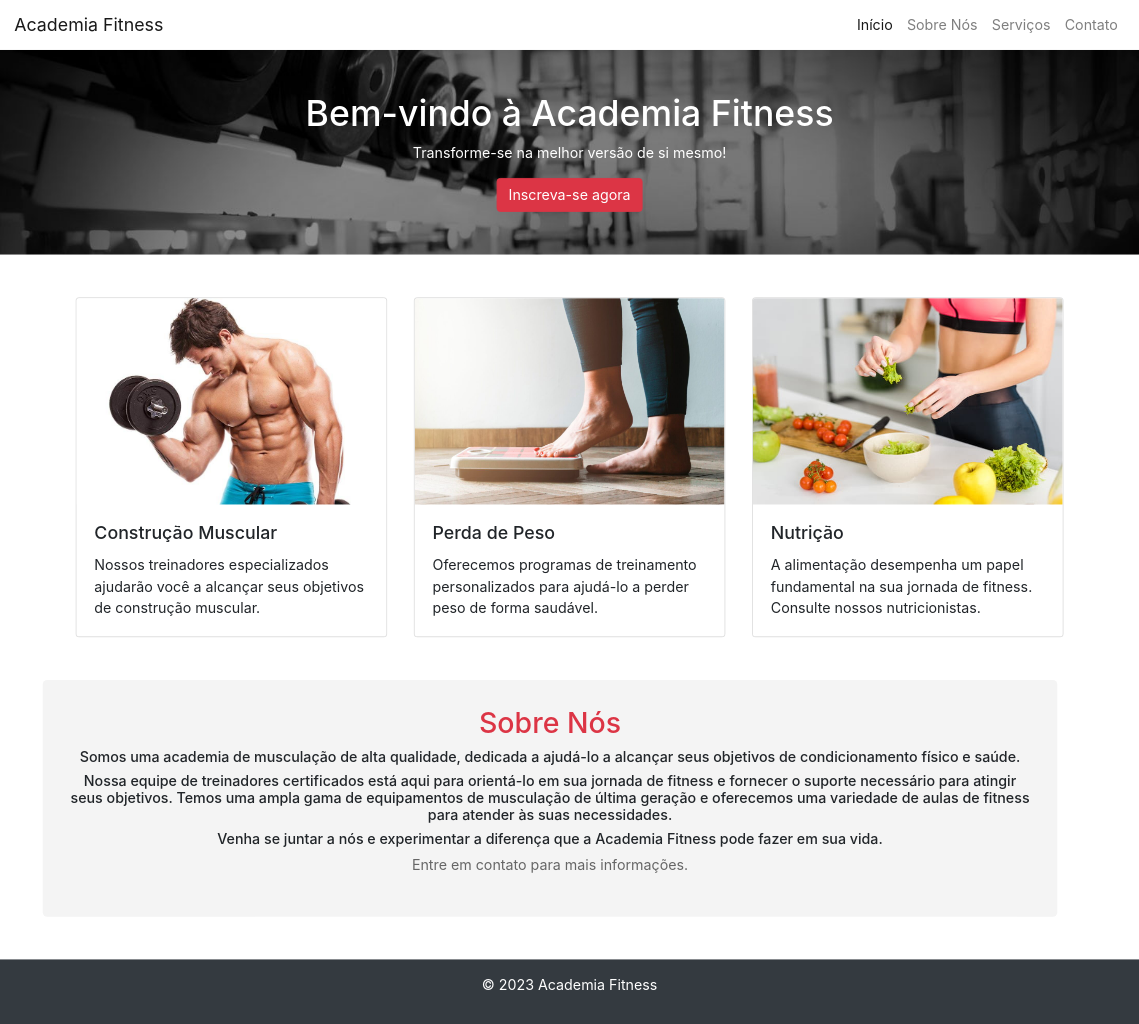
Repository: 01nethy/pratica14
Page: index.html
These files come from the project's save history. The page is drawn as it stood at one moment and after the next save; the edit follows.
The browser window is 1280 px wide. The pictures show the whole page, at 89% of full size.

Above is the page before, as saved 2023-09-08 00:21:39.

### index.html
<!DOCTYPE html>
<html lang="pt-BR">
<head>
    <meta charset="UTF-8">
    <meta name="viewport" content="width=device-width, initial-scale=1.0">
    <title>Academia de Musculação</title>
    <link rel="stylesheet" href="https://stackpath.bootstrapcdn.com/bootstrap/4.5.2/css/bootstrap.min.css">
    <link rel="stylesheet" href="style.css">
</head>
<body>

<!-- Barra de navegação -->
<nav class="navbar navbar-expand-lg navbar-light bg-white">
    <a class="navbar-brand" href="#">Academia Fitness</a>
    <button class="navbar-toggler" type="button" data-toggle="collapse" data-target="#navbarNav" aria-controls="navbarNav" aria-expanded="false" aria-label="Toggle navigation">
        <span class="navbar-toggler-icon"></span>
    </button>
    <div class="collapse navbar-collapse" id="navbarNav">
        <ul class="navbar-nav ml-auto">
            <li class="nav-item active">
                <a class="nav-link" href="#">Início</a>
            </li>
            <li class="nav-item">
                <a class="nav-link" href="#">Sobre Nós</a>
            </li>
            <li class="nav-item">
                <a class="nav-link" href="#">Serviços</a>
            </li>
            <li class="nav-item">
                <a class="nav-link" href="#">Contato</a>
            </li>
        </ul>
    </div>
</nav>

<!-- Cabeçalho -->
<header id="fundo" class="py-5 text-center">
    <h1>Bem-vindo à Academia Fitness</h1>
    <p>Transforme-se na melhor versão de si mesmo!</p>
    <a class="btn btn-danger" href="#">Inscreva-se agora</a>
</header>

<!-- Seção de Destaque -->
<section class="container my-5">
    <div class="row">
        <div class="col-md-4">
            <div class="card">
                <img src="massa.jpg" class="card-img-top" alt="Ganho de Massa">
                <div class="card-body">
                    <h5 class="card-title">Construção Muscular</h5>
                    <p class="card-text">Nossos treinadores especializados ajudarão você a alcançar seus objetivos de construção muscular.</p>
                </div>
            </div>
        </div>
        <div class="col-md-4">
            <div class="card">
                <img src="peso.jpeg" class="card-img-top" alt="Perda de Peso">
                <div class="card-body">
                    <h5 class="card-title">Perda de Peso</h5>
                    <p class="card-text">Oferecemos programas de treinamento personalizados para ajudá-lo a perder peso de forma saudável.</p>
                </div>
            </div>
        </div>
        <div class="col-md-4">
            <div class="card">
                <img src="nutricao.jpg" class="card-img-top" alt="Nutrição">
                <div class="card-body">
                    <h5 class="card-title">Nutrição</h5>
                    <p class="card-text">A alimentação desempenha um papel fundamental na sua jornada de fitness. Consulte nossos nutricionistas.</p>
                </div>
            </div>
        </div>
    </div>
</section>

<div class="container m-5 info">
    <h2 class="text-danger">Sobre Nós</h2>
    <h6>Somos uma academia de musculação de alta qualidade, dedicada a ajudá-lo a alcançar seus objetivos de condicionamento físico e saúde.</h6>
    <h6>Nossa equipe de treinadores certificados está aqui para orientá-lo em sua jornada de fitness e fornecer o suporte necessário para atingir seus objetivos. Temos uma ampla gama de equipamentos de musculação de última geração e oferecemos uma variedade de aulas de fitness para atender às suas necessidades.</h6>
    <h6>Venha se juntar a nós e experimentar a diferença que a Academia Fitness pode fazer em sua vida.</h6>
    <p>Entre em contato para mais informações.</p>
</div>

<!-- Rodapé -->
<footer class="bg-dark text-white text-center py-3">
    <p>&copy; 2023 Academia Fitness</p>
</footer>


</body>
</html>

### style.css
#fundo{

    background: url(background2.jpg) top left;
    background-size: cover;

}

header{
    color: white;
}

.info {
    background-color: #f4f4f4;
    padding: 30px;
    border-radius: 5px;
    text-align: center;
}

.info p {
    font-size: 16px;
    color: #666;
}

After the next save:
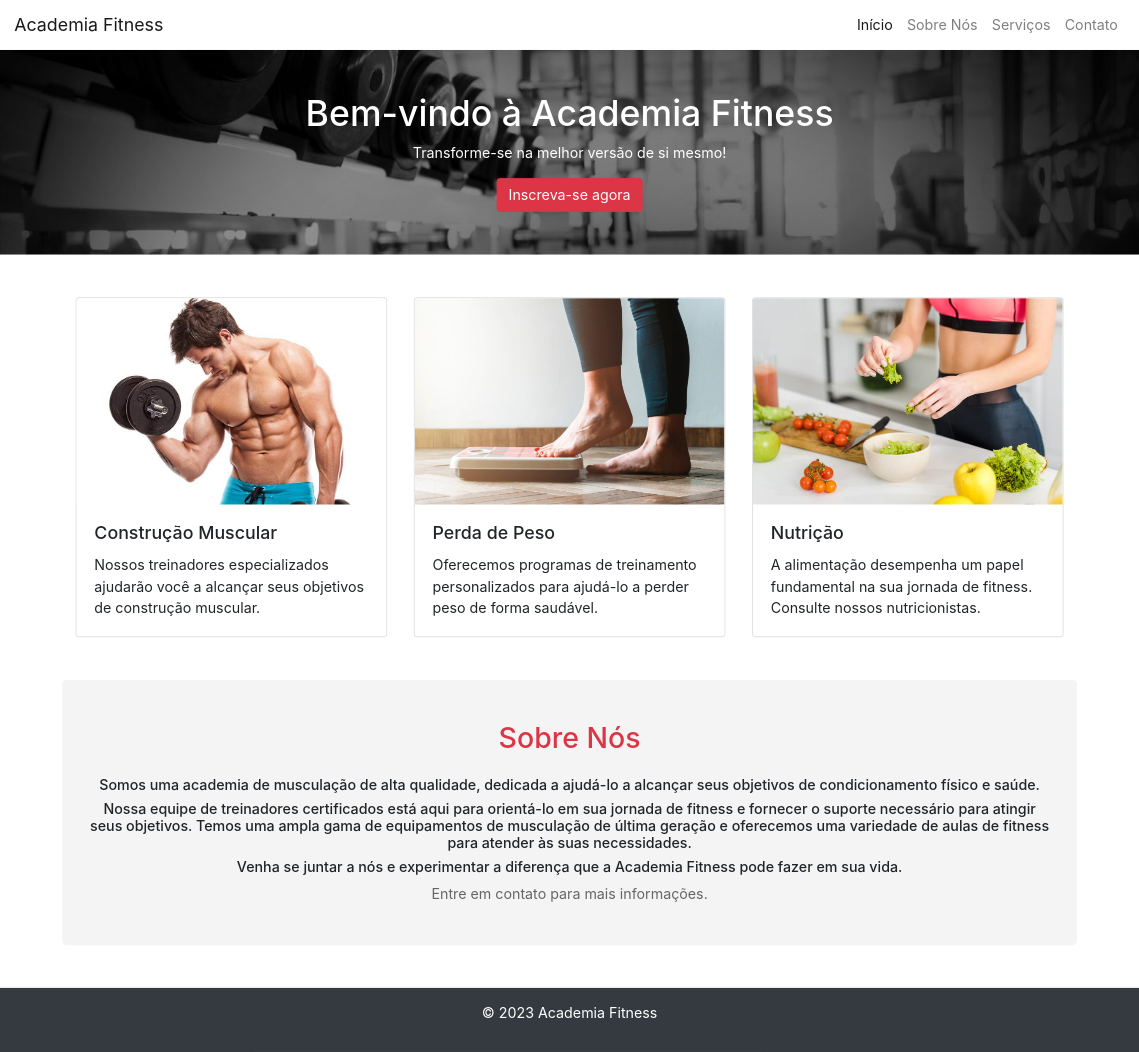
Saved 2 min 57 s later.
--- a/index.html
+++ b/index.html
@@ -73,8 +73,8 @@
     </div>
 </section>
 
-<div class="container m-5 info">
-    <h2 class="text-danger">Sobre Nós</h2>
+<div class="container my-5 info">
+    <h2 class="text-danger py-3">Sobre Nós</h2>
     <h6>Somos uma academia de musculação de alta qualidade, dedicada a ajudá-lo a alcançar seus objetivos de condicionamento físico e saúde.</h6>
     <h6>Nossa equipe de treinadores certificados está aqui para orientá-lo em sua jornada de fitness e fornecer o suporte necessário para atingir seus objetivos. Temos uma ampla gama de equipamentos de musculação de última geração e oferecemos uma variedade de aulas de fitness para atender às suas necessidades.</h6>
     <h6>Venha se juntar a nós e experimentar a diferença que a Academia Fitness pode fazer em sua vida.</h6>
